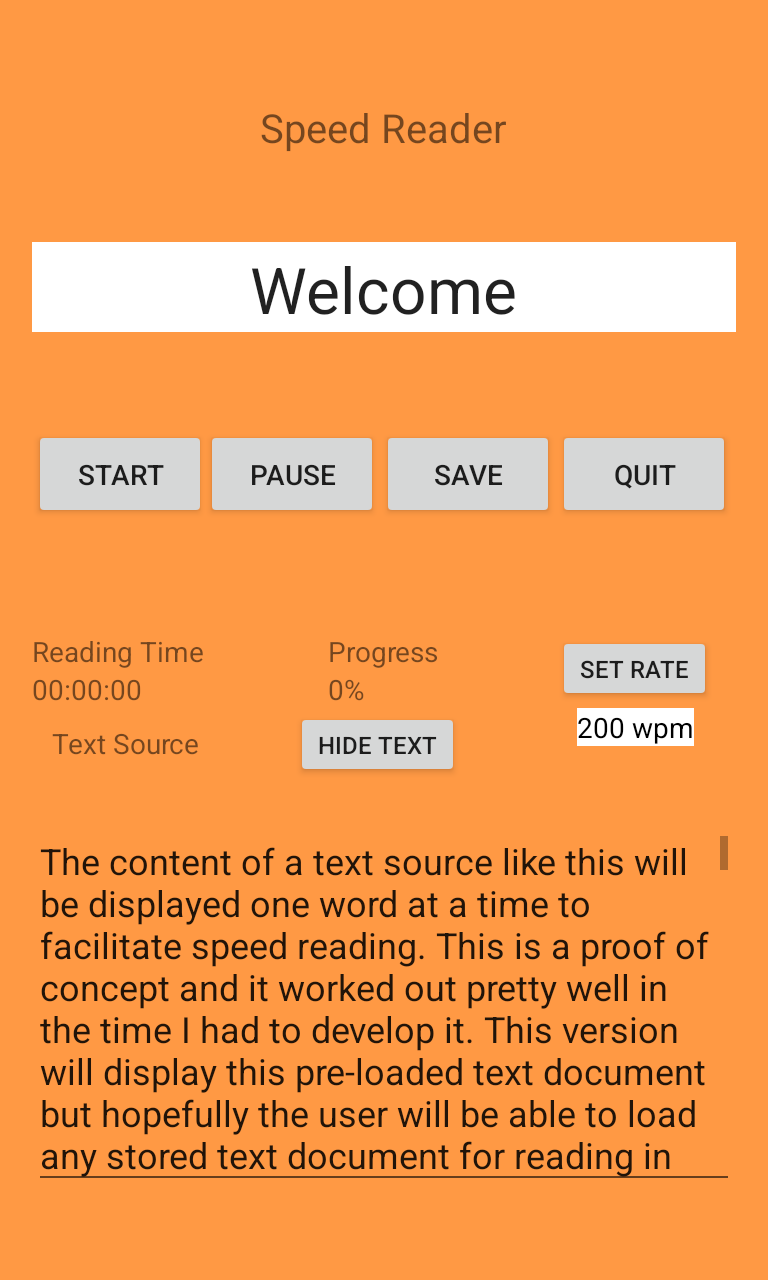
Repository: hdemby/workspace
Layout: rate version of newReader/res/layout/activity_main.xml
An editor plug-in stored every save of this project. The layout is shown before and after the next save, followed by the edit.
It is drawn on a 768 x 1280 px phone screen (xhdpi) without system bars, with theme AppTheme; the app's code is not run.

Above is the layout before, as saved 2014-12-08 02:16:06.

### rate version of newReader/res/layout/activity_main.xml
<RelativeLayout xmlns:android="http://schemas.android.com/apk/res/android"
    xmlns:tools="http://schemas.android.com/tools"
    android:layout_width="match_parent"
    android:layout_height="wrap_content"
    android:background="#ffff9944"
    android:paddingBottom="@dimen/activity_vertical_margin"
    android:paddingLeft="@dimen/activity_horizontal_margin"
    android:paddingRight="@dimen/activity_horizontal_margin"
    android:paddingTop="@dimen/activity_vertical_margin"
    tools:context="cousera.newreader.MainActivity" >

    <TextView
        android:id="@+id/textView2"
        android:layout_width="wrap_content"
        android:layout_height="wrap_content"
        android:layout_alignParentTop="true"
        android:layout_centerHorizontal="true"
        android:layout_marginTop="34dp"
        android:text="@string/app_name"
        android:textSize="20sp" />

    <TextView
        android:id="@+id/textView4"
        android:layout_width="wrap_content"
        android:layout_height="wrap_content"
        android:layout_alignLeft="@+id/button1"
        android:layout_below="@+id/textView3"
        android:text="@string/show_time" />

    <TextView
        android:id="@+id/textView7"
        android:layout_width="wrap_content"
        android:layout_height="wrap_content"
        android:layout_alignBaseline="@+id/textView4"
        android:layout_alignBottom="@+id/textView4"
        android:layout_alignLeft="@+id/textView5"
        android:text="@string/show_progress" />

    <TextView
        android:id="@+id/textView5"
        android:layout_width="wrap_content"
        android:layout_height="wrap_content"
        android:layout_alignBaseline="@+id/textView3"
        android:layout_alignBottom="@+id/textView3"
        android:layout_centerHorizontal="true"
        android:text="@string/progress_label" />

    <TextView
        android:id="@+id/textView3"
        android:layout_width="wrap_content"
        android:layout_height="wrap_content"
        android:layout_alignLeft="@+id/textView4"
        android:layout_below="@+id/button1"
        android:layout_marginTop="55dp"
        android:text="@string/time_label" />

    <Button
        android:id="@+id/button2"
        android:layout_width="wrap_content"
        android:layout_height="wrap_content"
        android:layout_alignBaseline="@+id/button1"
        android:layout_alignBottom="@+id/button1"
        android:layout_toRightOf="@+id/textView3"
        android:onClick="onPause"
        android:text="@string/pause_btn" />

    <Button
        android:id="@+id/button1"
        android:layout_width="wrap_content"
        android:layout_height="wrap_content"
        android:layout_below="@+id/textView1"
        android:layout_marginTop="47dp"
        android:onClick="onStart"
        android:text="@string/start_btn" />

    <Button
        android:id="@+id/button3"
        android:layout_width="wrap_content"
        android:layout_height="wrap_content"
        android:layout_above="@+id/textView3"
        android:layout_toRightOf="@+id/button2"
        android:text="@string/save_btn" />

    <Button
        android:id="@+id/button5"
        android:layout_width="wrap_content"
        android:layout_height="wrap_content"
        android:layout_alignBottom="@+id/button3"
        android:layout_toRightOf="@+id/button3"
        android:onClick="onQuit"
        android:text="@string/quit_btn" />

    <LinearLayout
        android:id="@+id/linearLayout1"
        android:layout_width="wrap_content"
        android:layout_height="wrap_content"
        android:layout_alignLeft="@+id/textView4"
        android:layout_alignRight="@+id/button5"
        android:layout_below="@+id/textView4"
        android:orientation="vertical" >
    </LinearLayout>

    <RelativeLayout
        android:id="@+id/relativeLayout1"
        android:layout_width="match_parent"
        android:layout_height="wrap_content"
        android:layout_alignLeft="@+id/textView4"
        android:layout_alignParentBottom="true"
        android:layout_below="@+id/textView4"
        android:layout_marginBottom="27dp" >

        <EditText
            android:id="@+id/editText1"
            android:layout_width="match_parent"
            android:layout_height="63dp"
            android:layout_alignParentBottom="true"
            android:layout_alignParentLeft="true"
            android:layout_below="@+id/textView9"
            android:clickable="false"
            android:ems="10"
            android:focusable="false"
            android:focusableInTouchMode="false"
            android:inputType="textMultiLine"
            android:scrollbars="vertical"
            android:text="@string/source_text" >

            <requestFocus />
        </EditText>

        <Button
            android:id="@+id/button4"
            style="?android:attr/buttonStyleSmall"
            android:layout_width="wrap_content"
            android:layout_height="wrap_content"
            android:layout_alignParentTop="true"
            android:layout_marginLeft="47dp"
            android:layout_toRightOf="@+id/textView9"
            android:minHeight="20dip"
            android:text="@string/hidetxt_btn"
            android:textSize="12sp" />

        <TextView
            android:id="@+id/textView9"
            android:layout_width="wrap_content"
            android:layout_height="46dp"
            android:layout_alignBaseline="@+id/button4"
            android:layout_alignBottom="@+id/button4"
            android:layout_alignParentLeft="true"
            android:layout_marginLeft="10dp"
            android:text="@string/source_label" />

        <TextView
            android:id="@+id/editText2"
            android:layout_width="wrap_content"
            android:layout_height="wrap_content"
            android:layout_alignParentRight="true"
            android:layout_alignParentTop="true"
            android:layout_marginRight="21dp"
            android:background="#ffffffff"
            android:clickable="true"
            android:focusable="true"
            android:focusableInTouchMode="true"
            android:linksClickable="false"
            android:text="@string/show_rate"
            android:textColor="#ff000000" />

    </RelativeLayout>

    <View
        android:id="@+id/separator"
        android:layout_width="wrap_content"
        android:layout_height="45dp"
        android:layout_alignBottom="@+id/textView1"
        android:layout_alignLeft="@+id/button1"
        android:background="#ffffffff"
        android:visibility="visible" />

    <TextView
        android:id="@+id/textView1"
        android:layout_width="wrap_content"
        android:layout_height="wrap_content"
        android:layout_below="@+id/textView2"
        android:layout_centerHorizontal="true"
        android:layout_marginTop="46dp"
        android:background="#ffffffff"
        android:gravity="center_vertical"
        android:text="@string/current_word"
        android:textAppearance="?android:attr/textAppearanceLarge"
        android:textSize="32sp" />

    <Button
        android:id="@+id/button6"
        style="?android:attr/buttonStyleSmall"
        android:layout_width="wrap_content"
        android:layout_height="wrap_content"
        android:layout_alignTop="@+id/textView5"
        android:layout_toRightOf="@+id/button3"
        android:minHeight="30dp"
        android:onClick="doRate"
        android:text="Set Rate"
        android:textSize="12sp" />

</RelativeLayout>

### rate version of newReader/res/values/strings.xml
<?xml version="1.0" encoding="utf-8"?>
<resources>

    <string name="app_name">Speed Reader</string>
    <string name="start_btn">Start</string>
    <string name="pause_btn">Pause</string>
    <string name="unpause_btn">Unpause</string>
    <string name="save_btn">Save</string>
    <string name="quit_btn">Quit</string>
    <string name="hidetxt_btn">Hide Text</string>
    <string name="showtxt_btn">Show Text</string>
    <string name="show_time">00:00:00</string>
    <string name="show_rate">200 wpm</string>
    <string name="show_progress">0%</string>
    <string name="source_label">Text Source</string>
    <string name="time_label">Reading Time</string>
  	<string name="rate_label">Reading Rate</string>
  	<string name="progress_label">Progress</string>

    <string name="current_word">Welcome</string>
    <string name="action_settings">Settings</string>
    <string name="source_text">
        The content of a text source like this will be displayed one word at a time to facilitate speed reading.
        This is a proof of concept and it worked out pretty well in the time I had to develop it. This version
        will display this pre-loaded text document but hopefully the user will be able to load any stored text
        document for reading in the near future. Currently a \'Toast\' will indicate
        different states while running this app to help identify  events such as \'resume\' and \'end-of-file\'.
The principle is simply to present a text document in a stable display, one word at a time at a pre-determined
rate. You may be surprised at how well you are able to understand the text even at this current rate! I\'m still
working on gaining more precise control of this parameter. The app uses multiple layouts, TextViews, EditViews,
onClickListeners and the SystemClock. The backgroung of the displayed word is a bitmap resource. The key function was
converting the text into a list of words. We have not covered Java arrays from what I remember. Each word will be
displayed in the center of the fixed width high contrast window and then replaced after a short delay. Eventually
periods and punctuations will slightly extended the word display interval to help with pacing and concentration
and comprehension. Tabs will be used to determine paragraphs. That will possibly require that
text documents be formatted before use inside or outside of this app. This application runs very
pretty well on an emulator however not so well on a real phone, so the pacing features will need to wait.
I was finally able to force the reading
window to remain centered and provide a high contrast background that did not change size based on the displayed
text size. There are already products like this in the market place, so this app may not be developed far
beyond the needs for this class. However it was a challenging project to complete even with the
features that I was able to add. Thanks to Lawrence Angrave for his guidance through this difficult material.
I don\'t think I would have had a prayer of creating this app if it had not been for this class. I hope to later
add controls to provide the ability to pause, save and rewind the text to the previous sentence if needed.
Future enhancements include a save function will allow the reader to save their current position and resume
reading at later sessions, even after exiting the program. I also hope to add better feedback controls for
reporting percentage progress through the text, time spent reading, and the current reading rate. I also
want to make the word rate adjustable by the user. If I have the time I would like to add a file chooser
to allow the user to load any text documents available on their Android device. Not all documents will be able
to display without some conditioning, but that could be and activity launched by this app in a future version.
Wouldn\'t it be cool to read the class lecture transcripts with an app like this? Perhaps I can even figure
out a way to save  multiple document sessions with the current reading position
rounded to the previous sentence or paragraph. There are a lot of possibilities for neat features to add to
this app, especially if I were to turn this into a paid app in the marketplace. But time is short and the
deadline is near. I\'m afraid this will have to do.
        </string>

</resources>

Loaded but not shown: rate version of newReader/res/values/styles.xml (common file); rate version of newReader/res/values-v11/styles.xml (common file); rate version of newReader/res/values-v14/styles.xml (common file); rate version of newReader/res/values/dimens.xml (common file); rate version of newReader/res/values-w820dp/dimens.xml (common file)

After the next save:
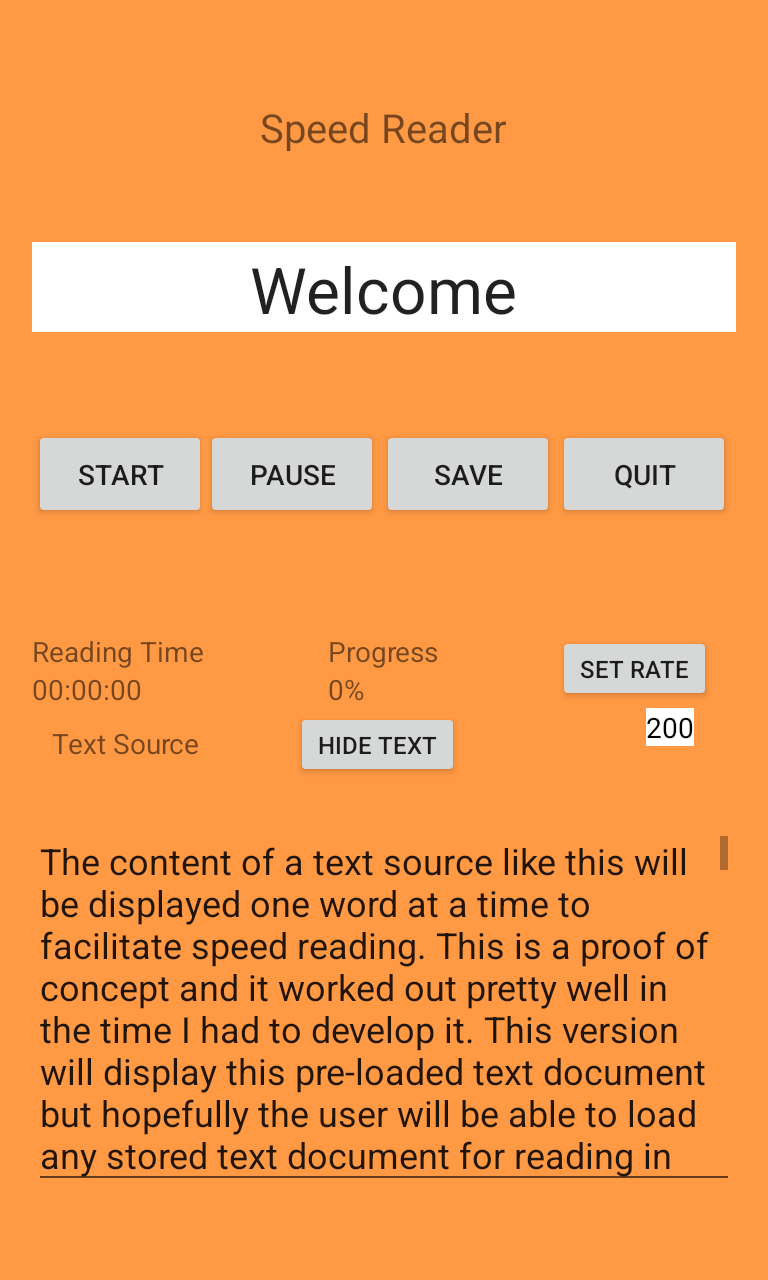
Saved 88 s later.
--- a/rate version of newReader/res/values/strings.xml
+++ b/rate version of newReader/res/values/strings.xml
@@ -10,12 +10,13 @@
     <string name="hidetxt_btn">Hide Text</string>
     <string name="showtxt_btn">Show Text</string>
     <string name="show_time">00:00:00</string>
-    <string name="show_rate">200 wpm</string>
+    <string name="show_rate">200</string>
     <string name="show_progress">0%</string>
     <string name="source_label">Text Source</string>
     <string name="time_label">Reading Time</string>
   	<string name="rate_label">Reading Rate</string>
   	<string name="progress_label">Progress</string>
+  	<string name="instruct_text">enter new words per minute value</string>
 
     <string name="current_word">Welcome</string>
     <string name="action_settings">Settings</string>
